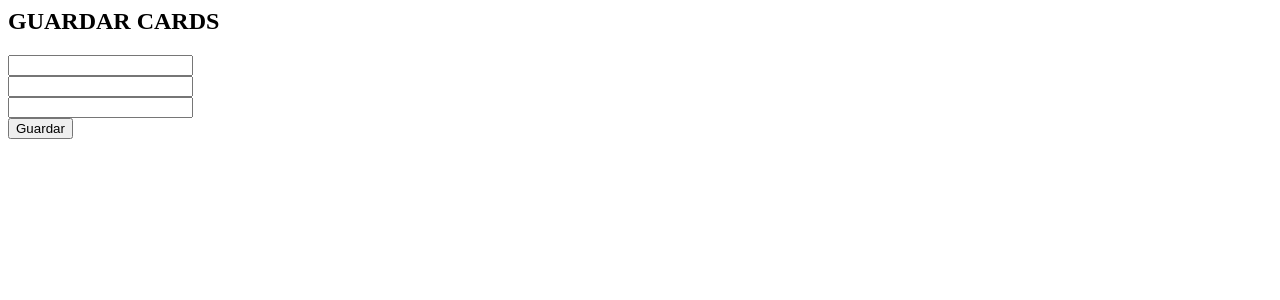
Repository: raalzate/creditcard
Page: CreditCardWeb/src/main/webapp/save.html
The author's editor kept a copy of each file at every save. The page is drawn from the files as they stood at one save, then again after the next save.
The browser window is 1280 px wide. The pictures show the whole page.

Above is the page before, as saved 2016-05-27 18:26:01.

After the next save:
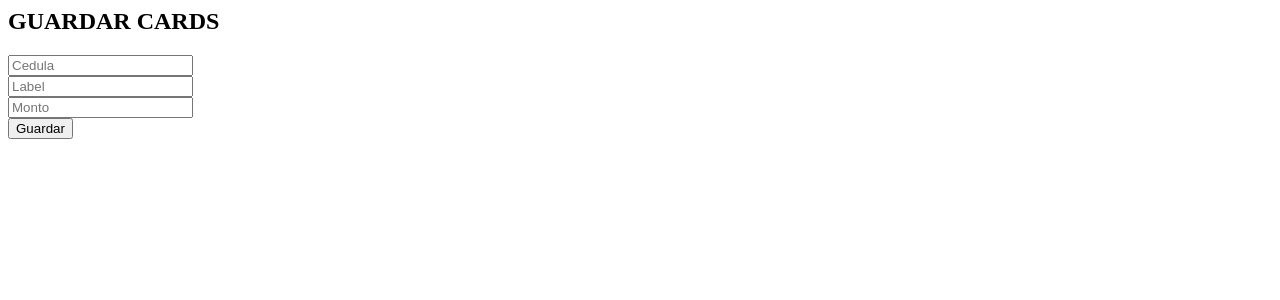
Saved 2 min 2 s later.
--- a/CreditCardWeb/src/main/webapp/save.html
+++ b/CreditCardWeb/src/main/webapp/save.html
@@ -1,8 +1,8 @@
 <h2>GUARDAR CARDS</h2>
 <div ng-controller="saveController">
-	<input type="text" name="cedula" placehoder="Cedula" ng-model="cedula"> <br />
-	<input type="text" name="label" placehoder="Label" ng-model="label"> <br />
-	<input type="text" name="mount" placehoder="Monto" ng-model="mount"> <br />
+	<input type="text" name="cedula" placeholder="Cedula" ng-model="cedula"> <br />
+	<input type="text" name="label" placeholder="Label" ng-model="label"> <br />
+	<input type="text" name="mount" placeholder="Monto" ng-model="mount"> <br />
 
 	<button name="buscar" ng-click="guardarCard()">Guardar</button>
 </div>
